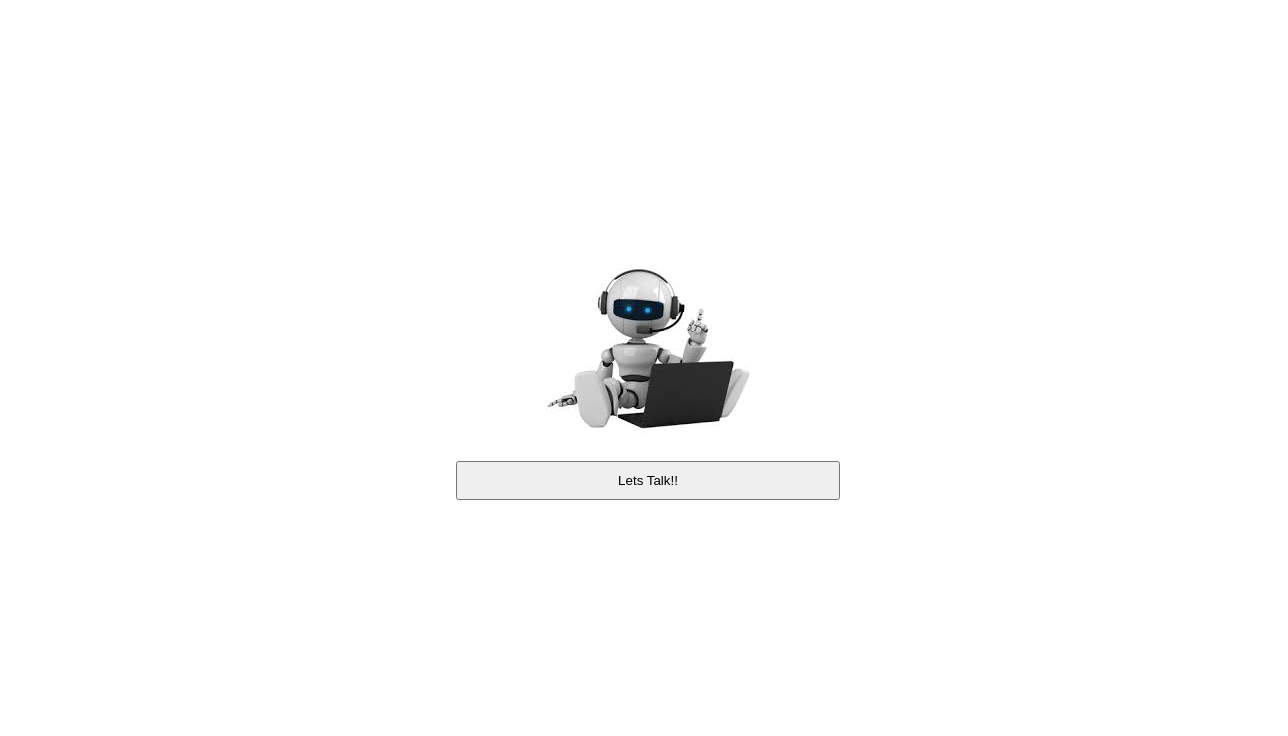
Repository: Ellisvelandia/talkingbot
Page: index.html
An editor plug-in stored every save of this project. The page is shown before and after a run of saves, followed by the edit.
The browser window is 1280 px wide. The page is 1288 px wide, so the pictures cover 1288 px, including what lies to the right of the window. The pictures show the whole page.

Above is the page before, as saved 2022-09-15 23:54:28.

After the next 4 saves:
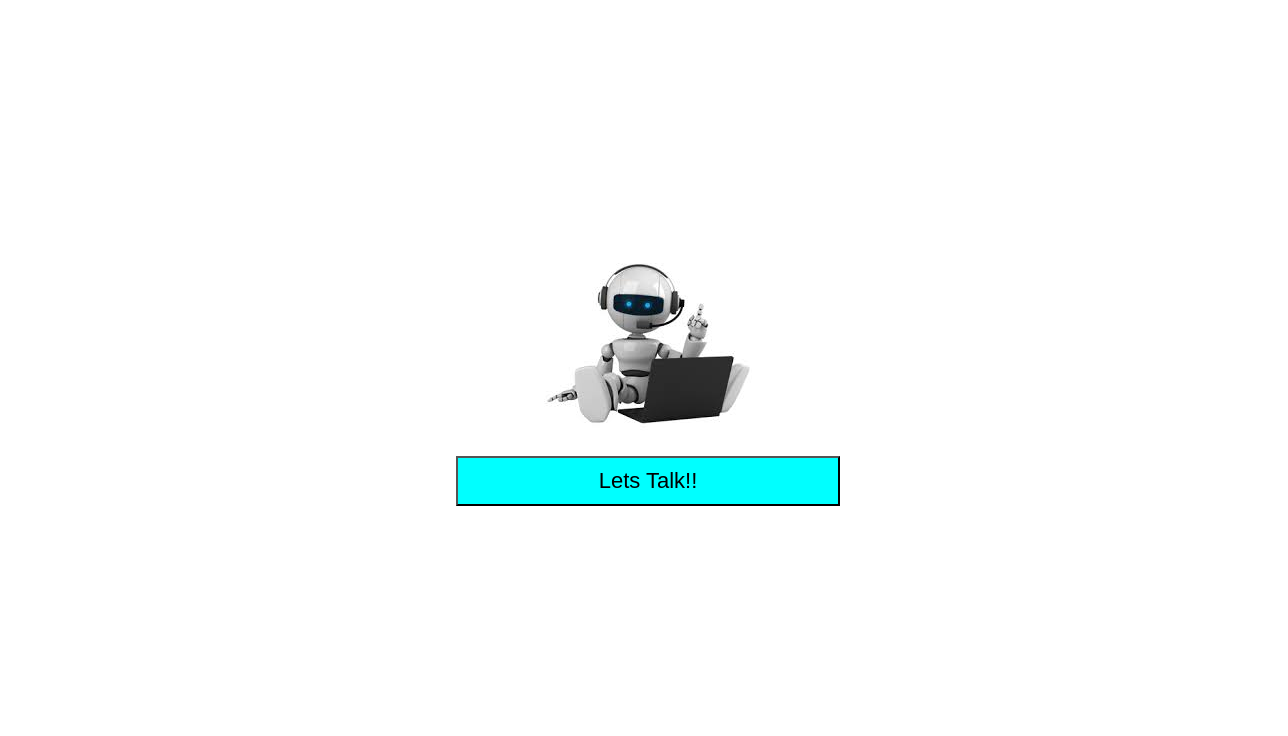
The 4 saves are shown as one change because they came seconds apart.
The last was saved 13 s later.
--- a/style.css
+++ b/style.css
@@ -11,5 +11,6 @@
 button {
   padding: 10px;
   width: 30%;
-  back
+  background: cyan;
+  font-size: 22px;
 }
